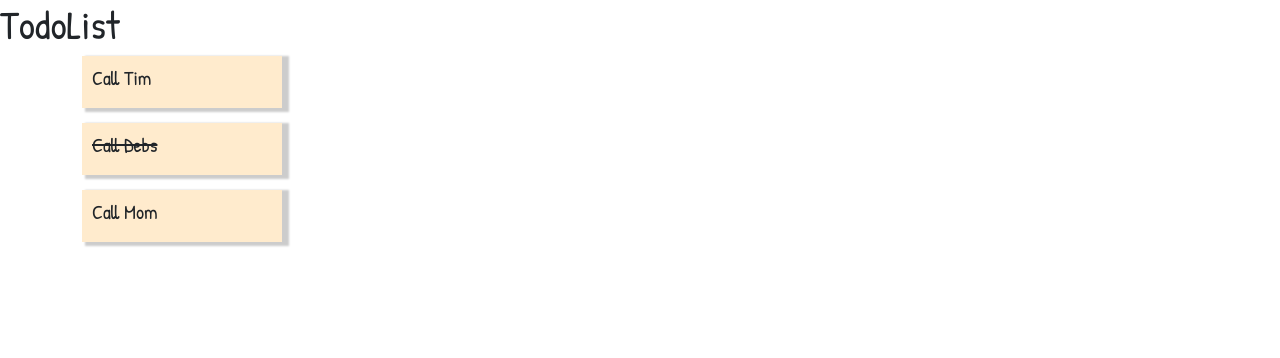
Repository: latenightsnacc/React-Projects
Page: / (app in todolist/)
The author's editor kept a copy of each file at every save. The page is drawn from the files as they stood at one save, then again after the next save.
The browser window is 1280 px wide. The pictures show the whole page.
The project was rebuilt for these pictures with package versions that can differ from the ones it lists, and the page was loaded fresh each time.

Above is the page before, as saved 2020-07-02 11:29:23.

### todolist/public/index.html
<!DOCTYPE html>
<html lang="en">
  <head>
    <meta charset="utf-8" />
    <link rel="icon" href="%PUBLIC_URL%/favicon.ico" />
    <meta name="viewport" content="width=device-width, initial-scale=1" />
    <meta name="theme-color" content="#000000" />
    <meta
      name="description"
      content="Web site created using create-react-app"
    />
    <link rel="apple-touch-icon" href="%PUBLIC_URL%/logo192.png" />
    <link rel="stylesheet" href="https://stackpath.bootstrapcdn.com/bootstrap/4.5.0/css/bootstrap.min.css" integrity="sha384-9aIt2nRpC12Uk9gS9baDl411NQApFmC26EwAOH8WgZl5MYYxFfc+NcPb1dKGj7Sk" crossorigin="anonymous">
    <link rel="manifest" href="%PUBLIC_URL%/manifest.json" />
    <link href="https://fonts.googleapis.com/css2?family=Patrick+Hand&display=swap" rel="stylesheet">
    <title>React App</title>
  </head>
  <body>
    <noscript>You need to enable JavaScript to run this app.</noscript>
    <div id="root"></div>
    <!--
      This HTML file is a template.
      If you open it directly in the browser, you will see an empty page.

      You can add webfonts, meta tags, or analytics to this file.
      The build step will place the bundled scripts into the <body> tag.

      To begin the development, run `npm start` or `yarn start`.
      To create a production bundle, use `npm run build` or `yarn build`.
    -->
  </body>
</html>

### todolist/src/App.js
import React, {Component} from 'react';
import TodoList from './components/TodoList';
import './styles/App.scss';

class App extends Component  {
  constructor(props){
    super(props);
    this.state = {
      todos: [
        {
          id: 1,
          title: 'Call Tim',
          completed: false
        },
        {
          id: 2,
          title: 'Call Debs',
          completed: true
        },
        {
          id: 3,
          title: 'Call Mom',
          completed: false
        }
      ]
    }

  }

  render() {
    return (
      <div className="App">
        <TodoList tasks= {this.state.todos} />
      </div>
    );
  }

}

export default App;

### todolist/src/components/TodoList.js
import React, { Component } from 'react';
import PropTypes from 'prop-types';
import TodoItem from './TodoItem';

class TodoList extends Component {
    render() {
        return (
            <>
                <h1>TodoList</h1>
                <div className="TodoList">
                    {
                        this.props.tasks.map(task => {
                            return <TodoItem key={task.id} task= {task} />
                        })
                    }
                </div>
            </>
        )
    }
}

// PropTypes
TodoList.propTypes = {
    tasks: PropTypes.array.isRequired
}
export default TodoList;

### todolist/src/styles/App.scss
@import "~bootstrap/scss/bootstrap";
@import url('https://fonts.googleapis.com/css2?family=Patrick+Hand&display=swap');

* {
    margin: 0;
    padding: 0;
    font-family: 'Patrick Hand', cursive;
}

### todolist/src/components/TodoItem.js
import React, { Component } from 'react';
import PropTypes from 'prop-types';

class TodoItem extends Component {
    getStyle = () => {
        return {
            background: '#ffebcd',
            width: '200px',
            padding: '10px',
            marginBottom: '15px',
            boxShadow: '5px 2px 2px 2px #cccccc',
            textDecoration: this.props.task.completed ?
            'line-through'
            :'none'
        }
    }
    render() {
        return (
            <>
                <div className="container">
                    <div className="row flex-d">
                        <div className="col">
                            <div style={this.getStyle()}>
                                <h5> {this.props.task. title} </h5>
                            </div>
                        </div>
                    </div>

                </div>


            </>
        )
    }
}

// PropTypes
TodoItem.propTypes = {
    task: PropTypes.object.isRequired
}
export default TodoItem

Loaded but not shown: todolist/src/index.js (common file)

After the next save:
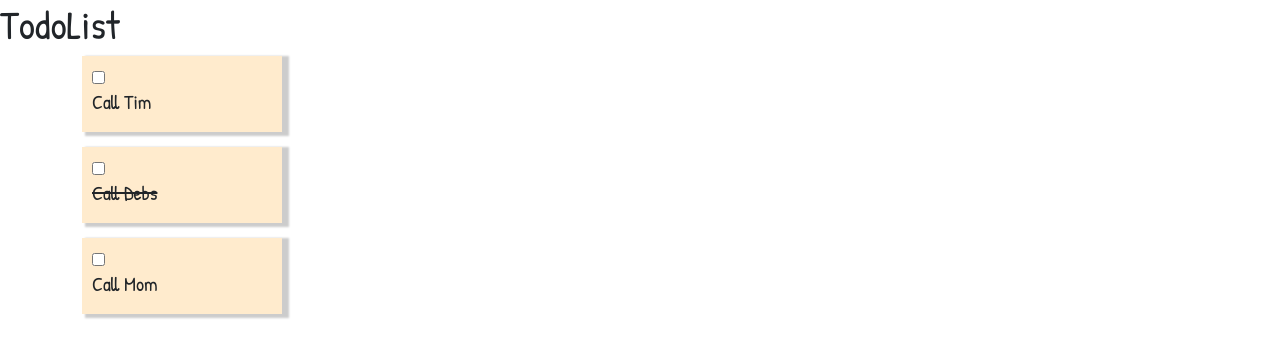
Saved 4 min 1 s later.
--- a/todolist/src/components/TodoItem.js
+++ b/todolist/src/components/TodoItem.js
@@ -18,9 +18,10 @@ class TodoItem extends Component {
         return (
             <>
                 <div className="container">
-                    <div className="row flex-d">
+                    <div className="row flex-d wrap">
                         <div className="col">
                             <div style={this.getStyle()}>
+                                <input type="checkbox" />
                                 <h5> {this.props.task. title} </h5>
                             </div>
                         </div>
